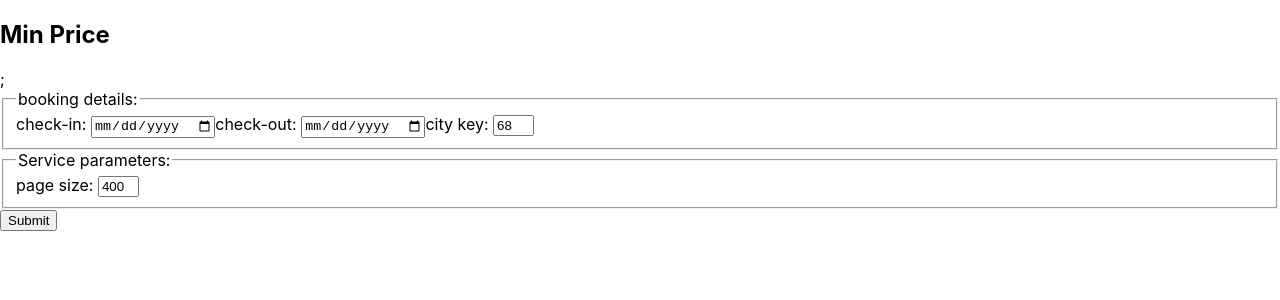
Repository: vsterev/il-test
Page: /min-price
An editor plug-in stored every save of this project. The page is shown before and after the next save, followed by the edit.
The browser window is 1280 px wide. The pictures show the whole page.
The project was rebuilt for these pictures with package versions that can differ from the ones it lists, and the page was loaded fresh each time. A package was used in the major version that the imports need, not the one package.json lists. Also part of the build but not shown: src/components/error/index.jsx.

Above is the page before, as saved 2021-04-27 08:31:55.

### src/index.js
import React from 'react';
import ReactDOM from 'react-dom';
import './index.css';
// import App from './App';
import reportWebVitals from './reportWebVitals';
// import MinPrice from './components/minPrice';
import Navigation from './navigation';

ReactDOM.render(
  <React.StrictMode>
    {/* <App /> */}
    {/* <MinPrice /> */}
    <Navigation />
  </React.StrictMode>,
  document.getElementById('root')
);

// If you want to start measuring performance in your app, pass a function
// to log results (for example: reportWebVitals(console.log))
// or send to an analytics endpoint. Learn more: https://bit.ly/CRA-vitals
reportWebVitals();

### src/navigation.jsx
import React from 'react';
import { Switch, BrowserRouter, Route, Redirect } from 'react-router-dom';
import MinPrice from './components/minPrice';
import Error from './components/error';
const Navigation = () => {
  return (
    <BrowserRouter>
      <Switch>
        <Route path="/min-price" render={() => <MinPrice />} />
        <Route path="*" render={() => <Error msg="Page not Found - 404" />} />
      </Switch>
    </BrowserRouter>
  );
};
export default Navigation;

### src/components/minPrice/index.jsx
import React, { useState } from 'react';
const MinPrice = () => {
  const [details, setDetails] = useState({
    checkIn: '',
    checkOut: '',
    cityKey: '68',
    pageSize: '400',
    rowIndexFrom: undefined,
    cacheGuid: undefined,
  });
  const submitHandler = (e) => {
    e.preventDefault();
    console.log(details);
  };
  return (
    <React.Fragment>
      <h2>Min Price</h2>;
      <form onSubmit={submitHandler}>
        <fieldset>
          <legend>booking details:</legend>
          <label htmlFor="checkIn">check-in: </label>
          <input
            type="date"
            id="checkIn"
            value={details.checkIn}
            onChange={(e) => setDetails({ ...details, checkIn: e.target.value })}></input>
          <label htmlFor="checkOut">check-out: </label>
          <input
            type="date"
            id="checkOut"
            value={details.checkOut}
            onChange={(e) => setDetails({ ...details, checkOut: e.target.value })}></input>
          <label htmlFor="cityKey">city key: </label>
          <input
            type="text"
            id="cityKey"
            size="2"
            value={details.cityKey}
            onChange={(e) => setDetails({ ...details, cityKey: e.target.value })}
          />
        </fieldset>
        <fieldset>
          <legend>Service parameters:</legend>
          <label htmlFor="pageSize">page size: </label>
          <input
            type="text"
            id="pageSize"
            size="2"
            value={details.pageSize}
            onChange={(e) => setDetails({ ...details, pageSize: e.target.value })}
          />
        </fieldset>
        <button>Submit</button>
      </form>
    </React.Fragment>
  );
};
export default MinPrice;

Loaded but not shown: public/index.html (common file); src/index.css (common file); src/reportWebVitals.js (common file)

After the next save:
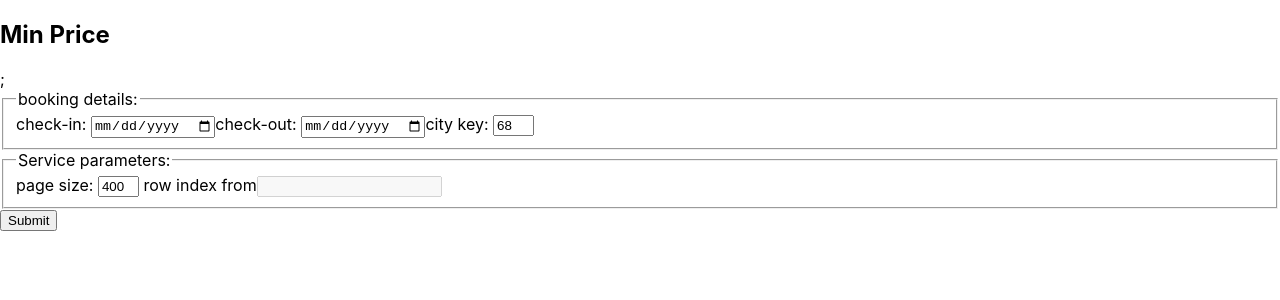
Saved 6 min 45 s later.
--- a/src/components/minPrice/index.jsx
+++ b/src/components/minPrice/index.jsx
@@ -49,6 +49,8 @@ const MinPrice = () => {
             value={details.pageSize}
             onChange={(e) => setDetails({ ...details, pageSize: e.target.value })}
           />
+          <label htmlFor="rowIndexFrom"> row index from</label>
+          <input type="text" value={details.rowIndexFrom} disabled />
         </fieldset>
         <button>Submit</button>
       </form>
